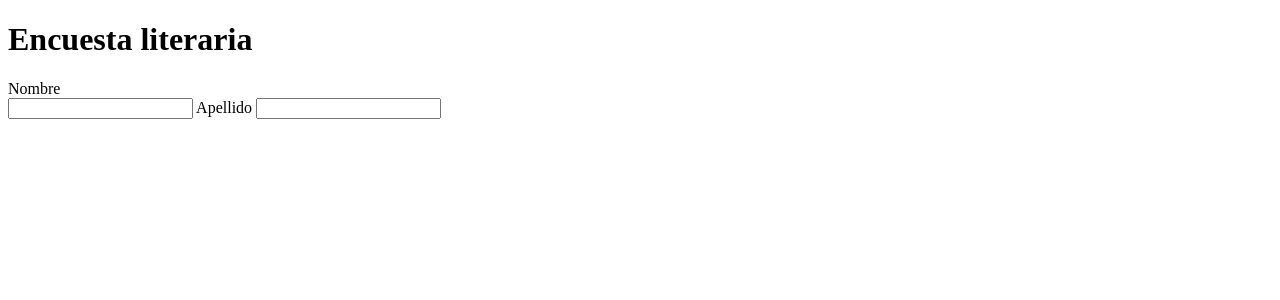
Repository: Scastellc/javaee
Page: Encuentra/WebContent/index.html
An editor plug-in stored every save of this project. The page is shown before and after the next save, followed by the edit.
The browser window is 1280 px wide. The pictures show the whole page.

Above is the page before, as saved 2017-02-16 17:46:43.

### Encuentra/WebContent/index.html
<!DOCTYPE html>
<html>
<head>
<meta charset="UTF-8">
<title>Encuesta</title>
</head>
<body>
<h1>Encuesta literaria</h1>
<form action="/Encuesta/mostrar">
	Nombre<br>
	<input type = "text" name ="nombre">
	Apellido
	<input type = "text" name ="apellido">

</form>
</body>
</html>

After the next save:
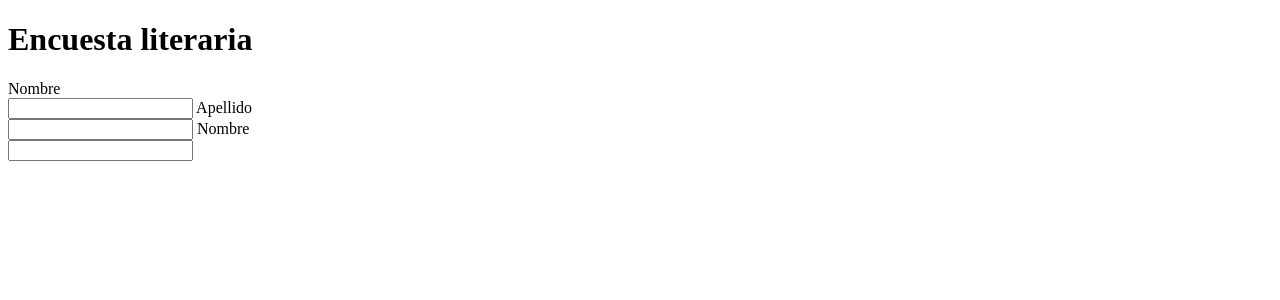
Saved 11 s later.
--- a/Encuentra/WebContent/index.html
+++ b/Encuentra/WebContent/index.html
@@ -9,9 +9,10 @@
 <form action="/Encuesta/mostrar">
 	Nombre<br>
 	<input type = "text" name ="nombre">
-	Apellido
+	Apellido<br>
 	<input type = "text" name ="apellido">
-
+	Nombre<br>
+	<input type = "text" name ="nombre">
 </form>
 </body>
 </html>
